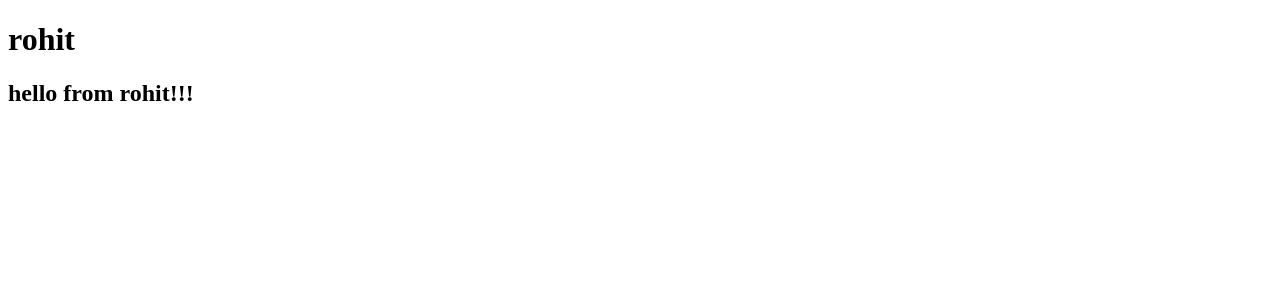
Repository: slokdhorda/first-git-project
Page: index.html
The author's editor kept a copy of each file at every save. The page is drawn from the files as they stood at one save, then again after the next save.
The browser window is 1280 px wide. The pictures show the whole page.

Above is the page before, as saved 2025-10-19 21:50:51.

After the next save:
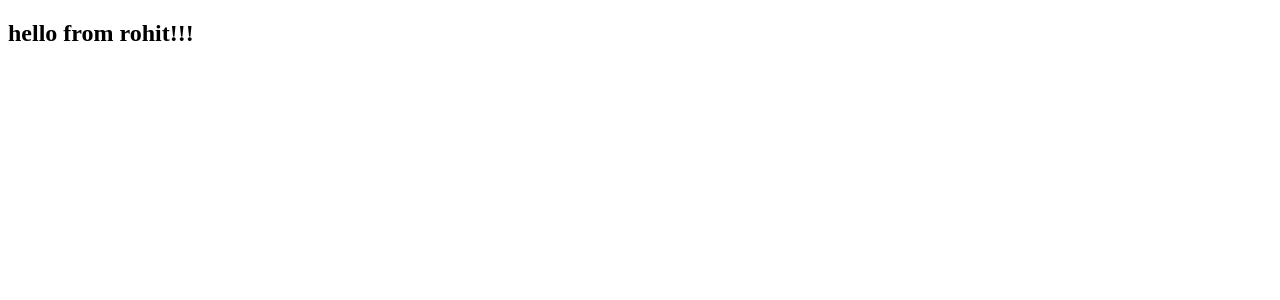
Saved 3 min 18 s later.
--- a/index.html
+++ b/index.html
@@ -6,7 +6,6 @@
     <title>Document</title>
 </head>
 <body>
-    <h1>rohit</h1>
     <h2>hello from rohit!!!</h2>
 </body>
 </html>
